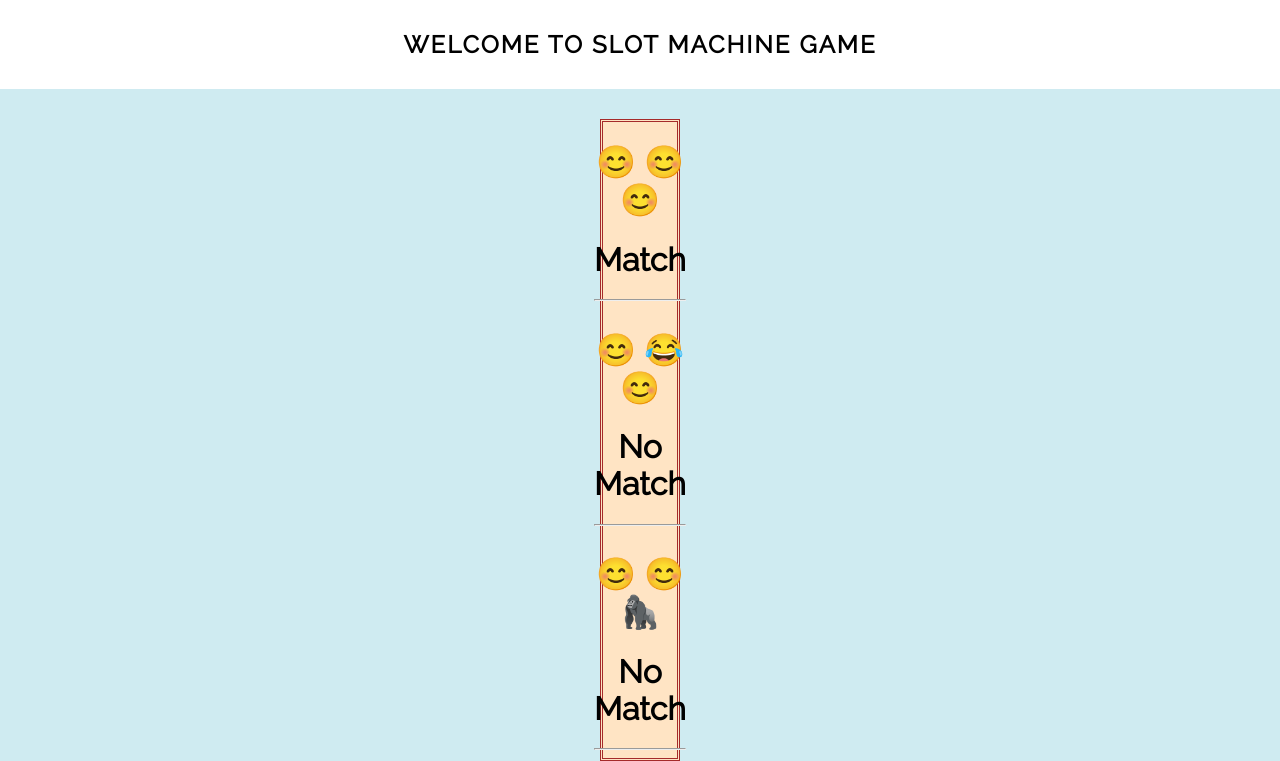
Repository: duggallakshya/slotMachineReact
Page: /
The author's editor kept a copy of each file at every save. The page is drawn from the files as they stood at one save, then again after the next save.
The browser window is 1280 px wide. The pictures show the whole page.
The project was rebuilt for these pictures with package versions that can differ from the ones it lists, and the page was loaded fresh each time.

Above is the page before, as saved 2022-03-23 00:38:38.

After the next save:
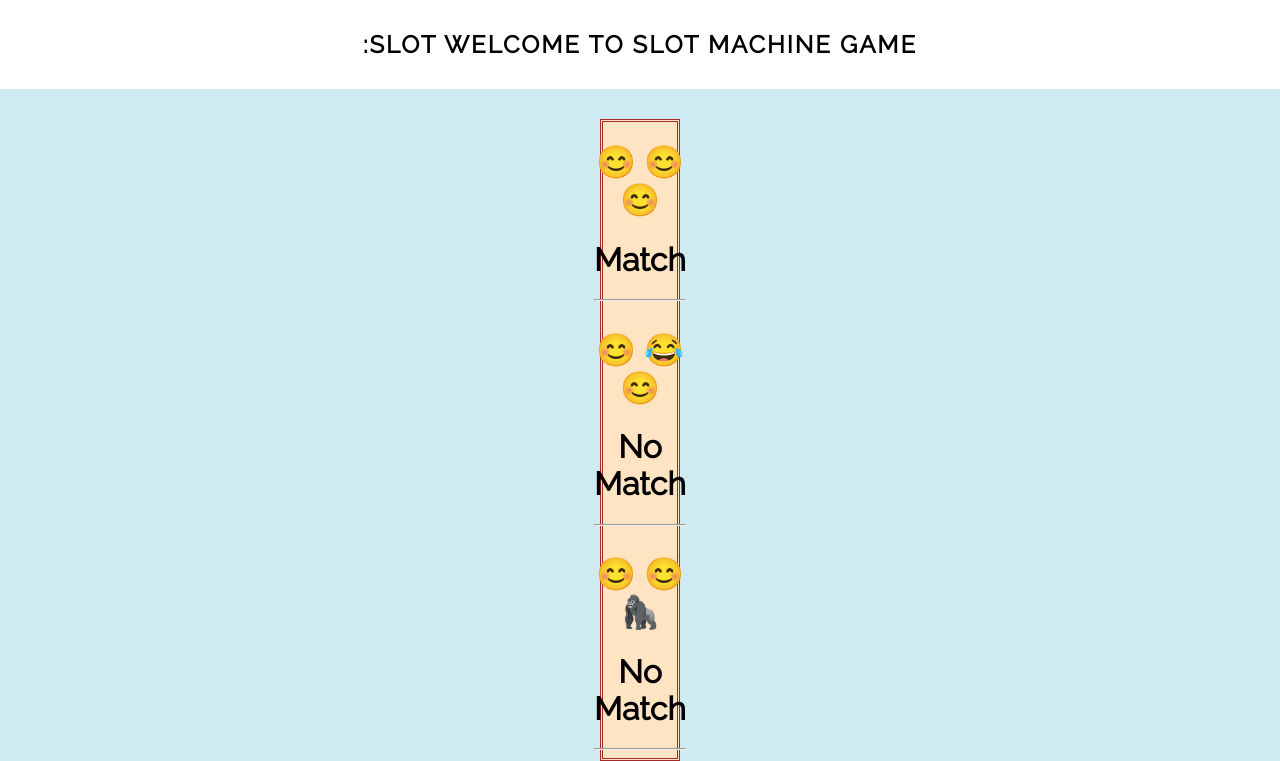
Saved 17 h 38 min later.
--- a/src/App.jsx
+++ b/src/App.jsx
@@ -4,7 +4,7 @@ import SlotMachine from './SlotMachine';
 const App = () => {
     return(
         <>
-            <h1 className="heading-style"> Welcome to Slot machine game </h1>
+            <h1 className="heading-style"> :slot Welcome to Slot machine game </h1>
             <div className="main-div">
                 <SlotMachine x ='😊' y ='😊' z ='😊'/>
                 <SlotMachine x ='😊' y ='😂' z ='😊'/>

After the save that followed:
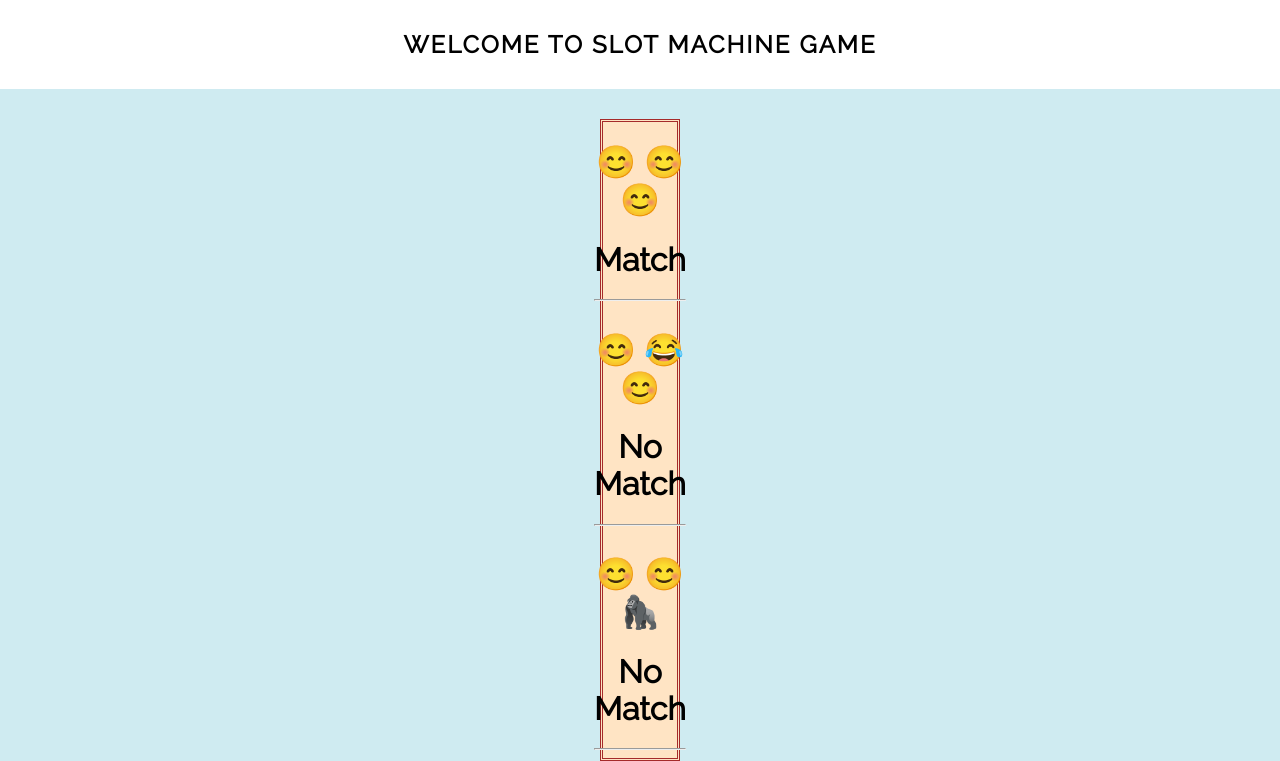
Saved 5 s later.
--- a/src/App.jsx
+++ b/src/App.jsx
@@ -4,7 +4,7 @@ import SlotMachine from './SlotMachine';
 const App = () => {
     return(
         <>
-            <h1 className="heading-style"> :slot Welcome to Slot machine game </h1>
+            <h1 className="heading-style">  Welcome to Slot machine game </h1>
             <div className="main-div">
                 <SlotMachine x ='😊' y ='😊' z ='😊'/>
                 <SlotMachine x ='😊' y ='😂' z ='😊'/>
